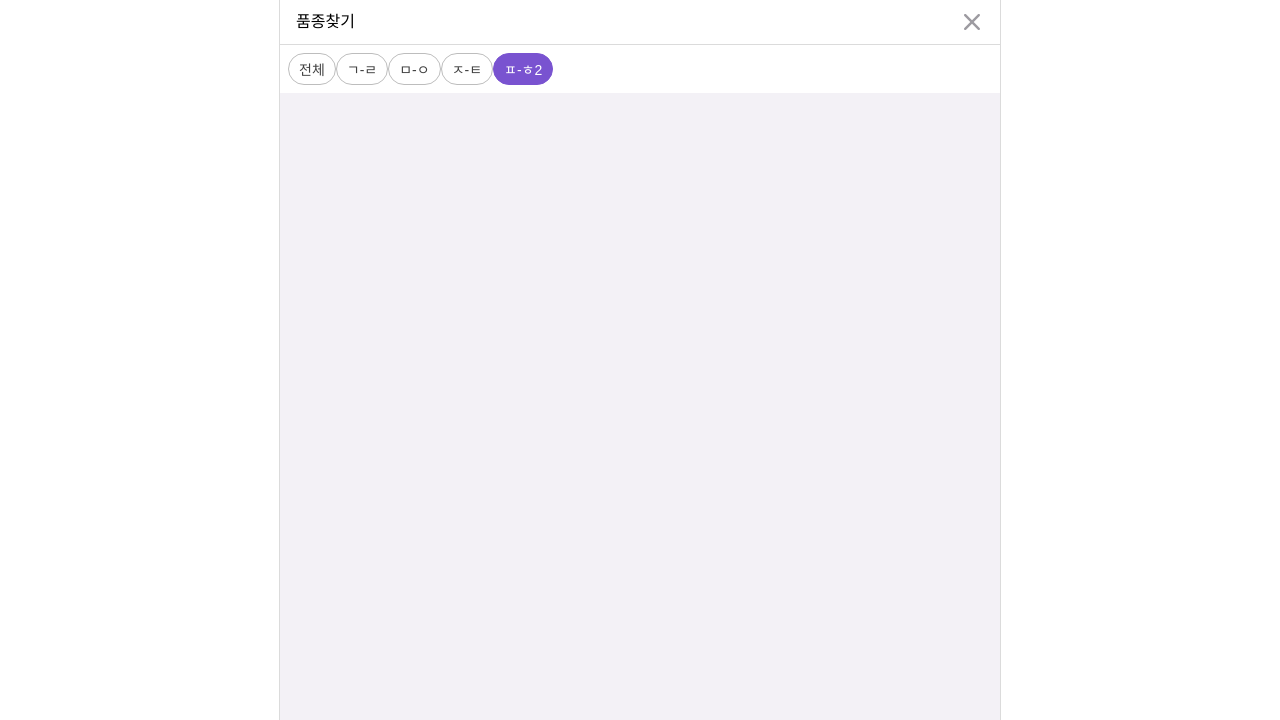
Repository: gosun1018/denguru
Page: search_breed.html
These files come from the project's save history. The page is drawn as it stood at one moment and after the next save; the edit follows.
The browser window is 1280 px wide. The pictures show the whole page.
Some web fonts or font styles are not loaded; a fallback is used. The style sheet was rebuilt from its Sass, Less or Tailwind sources for each picture, by a compiler version that may differ from the author's.

Above is the page before, as saved 2020-04-03 17:58:27.

### search_breed.html
<!DOCTYPE html>
<html lang="ko">
<head>
    <meta charset="UTF-8">
    <meta name="viewport" content="width=device-width, initial-scale=1.0">
    <title>품종찾기</title>
    <link rel="stylesheet" href="https://unpkg.com/swiper/css/swiper.min.css">
    <link rel="stylesheet" href="css/main.css">
    <script src="https://unpkg.com/swiper/js/swiper.min.js"></script>
<body>
    <div class="wrap">
        <header class="header08">
            <h1 class="h_title">품종찾기</h1>
            <a href="javascript:document.referrer? history.back() : location.href = 'home_resister_pet.html'" class="h_btn_close"><img src="images/icon-close-page.svg" alt="닫기" class="icon"></a>
        </header>

        <div class="main">
            <div class="pd_header08"></div>
            <section class="sect03 sect_filter_cate swiper-container">
                <h2 class="blind">필터설정</h2>
                <ul class="btn_box swiper-wrapper">
                    <li class="filter_btn swiper-slide">
                        <button type="button" class="btn_filter_popup btn btn_normal_line btn_mid btn_mid_round" aria-controls="tab-panel01">전체</button>
                    </li>
                    <!-- <li class="filter_btn swiper-slide">
                        <button type="button" class="btn_filter_popup btn btn_main btn_mid btn_mid_round" aria-controls="tab-panel01">27,000 ~ 31,000</button>
                    </li> -->
                    <li class="filter_btn swiper-slide">
                        <button type="button" class="btn_filter_popup btn btn_normal_line btn_mid btn_mid_round" aria-controls="tab-panel02">ㄱ-ㄹ</button>
                    </li>
                    <li class="filter_btn swiper-slide">
                        <button type="button" class="btn_filter_popup btn btn_normal_line btn_mid btn_mid_round" aria-controls="tab-panel03">ㅁ-ㅇ</button>
                    </li>
                    <li class="filter_btn swiper-slide">
                        <button type="button" class="btn_filter_popup btn btn_normal_line btn_mid btn_mid_round" aria-controls="tab-panel04">ㅈ-ㅌ</button>
                    </li>
                    <li class="filter_btn swiper-slide">
                        <button type="button" class="btn_filter_popup btn btn_main btn_mid btn_mid_round" aria-controls="tab-panel04">ㅍ-ㅎ<span class="num">2</span></button>
                    </li>
                </ul>
            </section>
        </div>
    </div>
</body>
</html>

### css/scss/main.scss
@charset "utf-8";

//utils
@import "utils/variables";
@import "utils/mixins";
@import "utils/animations";

// base
@import "base/reset";
@import "base/layout";
@import "base/typography";

//modules
@import "modules/swipercustom";
@import "modules/form";
@import "modules/button";
@import "modules/popup";
@import "modules/popover";
@import "modules/toast";
@import "modules/pagination";

//component
@import "component/header";
@import "component/navigation";
@import "component/itemlist";
@import "component/reviewlist";
@import "component/taglist";
@import "component/postlist";
@import "component/postcontent";

//pages
@import "pages/mainpg";
@import "pages/search";
@import "pages/resister-pet";
@import "pages/review";
@import "pages/home-item-info";
@import "pages/gostore";
@import "pages/store";
@import "pages/password-mail-complete";
@import "pages/my-main";
@import "pages/my-notification";
@import "pages/members";
@import "pages/withdrawal";
@import "pages/order-history";
@import "pages/mycomplain";
@import "pages/category-special";
@import "pages/pick";
@import "pages/personal-info";

### css/scss/utils/_variables.scss
@import url(https://cdn.jsdelivr.net/gh/moonspam/NanumSquare@1.0/nanumsquare.css);

//base color
$main-color: #7953d0;//#5f4899;
$main-bold-color: #5b13d6;
$secondary-color: #ffb025;
$accent-color: #ff4d7e;//#d72d5c;
$primary-color: #0095c6;
$bg-gray-color: #f3f1f6;

//gray-scale
$gray-0: #fff;
$gray-1: #f5f5f5;
$gray-2: #dbdbdb;
$gray-3: #bdbdbd;
$gray-4: #9e9e9e;
$gray-5: #747474;
$gray-6: #616161;
$gray-7: #414141;
$gray-8: #141414;

//FONT

//font-color
$bold-font-color: $gray-8;
$base-font-color: $gray-7;
$light-font-color: $gray-6;
$x-light-font-color: $gray-5;
$main-font-color: $main-color;
$main-bold-font-color: $main-bold-color;
$accent-font-color: $accent-color;
$primary-font-color: $primary-color;

//font-family
$base-font-family: 'NanumSquare','Apple SD Gothic Neo','Malgun Gothic',arial,sans-serif;

//font-size
$base-font-size: 14px;
$xsmall-font-size: ceil($base-font-size * 0.71); //10px
$small-font-size: ceil($base-font-size * 0.85); //12px
$mid-font-size: ceil($base-font-size * 0.92); //13px
$large-font-size: ceil($base-font-size * 1.14); //16px

$title-font-size: ceil($base-font-size * 1.28); //18px

//line-height
$base-line-height: 1.4;
$narrow-line-height: 1.2;
$mid-line-height: 1.6;
$wide-line-height: 1.8;

//
$layout-base-padding: 16px;
$layout-small-padding: $layout-base-padding / 2;
$layout-large-padding: $layout-base-padding * 1.5;

// border
$base-border: 1px solid $gray-3;
$light-border: 1px solid $gray-2;
$x-light-border: 1px solid $gray-1;
$main-border: 1px solid $main-color;
$secondary-border: 1px solid $secondary-color;
$accent-border: 1px solid $accent-color;
$primary-border: 1px solid $primary-color;

//border-radius
$base-border-radius: 5px;
$large-border-radius: 10px;

// fixed component height
$gnb-bottom-height: $layout-base-padding * 3.5;
$nav-gostore-height: 48px;
$nav-edit-pick-height: $layout-base-padding * 3.5;

$header-height01: $layout-base-padding * 3.5;
$header-height02: $layout-base-padding * 3.5;
$header-height03: 45px;
$header-height04: 45px;
$header-height05: 45px;
$header-height06: $layout-base-padding * 3.5;
$header-height08: 45px;

### css/scss/utils/_mixins.scss
@mixin clearfix {
    &:after {
        content: '';
        display: block;
        clear: both;
    }
}

@mixin position-center($position) {
    position: $position;
    top: 50%;
    left: 50%;
    transform: translate(-50%, -50%);
}

@mixin one-line-ellipsis {
    white-space: nowrap;
    text-overflow: ellipsis;
    overflow: hidden;
}

@mixin multi-line-ellipsis ($line-height, $lines) {
    overflow: hidden;
    text-overflow: ellipsis;
    display: -webkit-box;
    -webkit-line-clamp: $lines;
    -webkit-box-orient: vertical;
    word-wrap: break-word;
    line-height: $line-height;
    height: $line-height * $lines * 1em;
}

@mixin circle ($box-size) {
    width: $box-size;
    height: $box-size;
    border-radius: $box-size / 2;
}

@mixin blind {
    position: absolute;
    overflow: hidden;
    clip: rect(0 0 0 0);
    margin: -1px;
    width: 1px;
    height: 1px;
}

@mixin layout-frame {
    width: 100%;
    max-width: 720px;
    min-width: 320px;
}

@mixin thumnail {
    position: relative;
    overflow: hidden;

    .img {
        position: absolute;
        top: 0;
        left: 0;
        width: 100%;
        height: 100%;
        object-fit: cover;
    }
}

@mixin thumnail-border($radius) {
    position: relative;

    &:after {
        content: '';
        position: absolute;
        top: 0;
        left: 0;
        width: 100%;
        height: 100%;
        box-sizing: border-box;
        border: 1px solid rgba($gray-2, 0.5);
        border-radius: $radius;
    }
}

@mixin btn-color-full($color) {
    background-color: $color;
    border: 1px solid $color;
}

### css/scss/utils/_animations.scss
@keyframes width-0-to-100 {
    from {
        width: 0;
    }

    to {
        width: 100%;
    }
}

### css/scss/base/_reset.scss
/* http://meyerweb.com/eric/tools/css/reset/
   v2.0 | 20110126
   License: none (public domain)
*/

html, body, div, span, applet, object, iframe, h1, h2, h3, h4, h5, h6, p, blockquote, pre, a, abbr, acronym, address, big, cite, code, del, dfn, em, img, ins, kbd, q, s, samp, small, strike, strong, sub, sup, tt, var, b, u, i, center, dl, dt, dd, ol, ul, li, fieldset, form, label, legend, table, caption, tbody, tfoot, thead, tr, th, td, article, aside, canvas, details, embed, figure, figcaption, footer, header, hgroup, menu, nav, output, ruby, section, summary, time, mark, audio, video {
    margin: 0;
    padding: 0;
    border: 0;
    font-size: 100%;
    font: inherit;
    vertical-align: baseline; }

  /* HTML5 display-role reset for older browsers */

  article, aside, details, figcaption, figure, footer, header, hgroup, menu, nav, section {
    display: block; }

  body {
    line-height: 1; }

  ol, ul {
    list-style: none; }

  blockquote, q {
    quotes: none; }

  blockquote {
    &:before, &:after {
      content: '';
      content: none; } }

  q {
    &:before, &:after {
      content: '';
      content: none; } }

  table {
    border-collapse: collapse;
    border-spacing: 0; }

  a {
    color: inherit;
    text-decoration: none;
  }
  :focus {
    outline-color: $main-color;
  }

### css/scss/modules/_swipercustom.scss
.swiper-pagination {

    .swiper-pagination-bullet {
        width: 8px;
        height: 8px;
    }
}
.swiper-container-horizontal>.swiper-pagination-bullets .swiper-pagination-bullet {
    margin: 0 $layout-small-padding;
}

.pagination_main {
    .swiper-pagination-bullet {
        background-color: #b8b3c3;
        opacity: 1;
    }
    .swiper-pagination-bullet-active {
        background-color: $main-color;
    }
}
.pagination_white {
    .swiper-pagination-bullet {
        background-color: #b8b3c3;
        opacity: 1;
    }
    .swiper-pagination-bullet-active {
        background-color: $gray-0;
    }
}
.swiper-pagination {font-size: 0;}

.items_wrap.swiper-container {
    padding: 0 $layout-base-padding 10px;
}

### css/scss/modules/_popover.scss
.popover_container {
    position: relative;
}
.popover {
    display: none;
    position: absolute;
    padding: 8px;
    border-radius: $base-border-radius;
    word-break: keep-all;
    font-size: $base-font-size;
    line-height: $base-line-height;
    box-shadow: 0 1px 4px rgba(0,0,0,0.15);

    &:before {
        content: '';
        position: absolute;
        display: block;
        width: 12px;
        height: 12px;
        // border: 5px solid transparent;
        background-repeat: no-repeat;
        background-size: contain;
        background-position: center bottom;
    }
    &.show {
        display: block;
    }
}
.popover_main {
    background-color: #ebe3ff;
    color: $base-font-color;
    border: 1px solid #cac2de;

    &.popover_right_top:before {
        background-image: url(/images/popover-triangle-main.png);
    }
}
.popover_right_top{
    top: calc(100% + 6px);
    right: -5px;

    &:before {
        top: -12px;
        right: 5px;
    }
}

### css/scss/modules/_toast.scss
.toast_box {
    position: fixed;
    bottom: $gnb-bottom-height;
    left: $layout-base-padding;
    right: $layout-base-padding;
    display: flex;
    justify-content: center;
    align-items: center;
    padding: $layout-small-padding;
    min-height: 48px;
    box-sizing: border-box;
    background-color: rgba(0,0,0,0.85);
    color: #fff;
    font-size: $base-font-size;
    line-height: $base-line-height;
    text-align: center;
    word-break: keep-all;
    border-radius: $large-border-radius;
    overflow: hidden;
    visibility: hidden;
    opacity: 0;
    transition: opacity .5s, visibility .5s, transform .5s;
    z-index: 900;

    &.show {
        opacity: 1;
        visibility: visible;
        transform: translate(0, $layout-small-padding*-1);
    }
}

### css/scss/modules/_pagination.scss
.pagination01 {
    display: flex;
    justify-content: center;

    .page {
        height: 24px;
        min-width: 24px;
        padding: 0 3px;
        box-sizing: border-box;
        border-radius: 12px;
        margin: 0 4px;
        text-align: center;
        font-size: $base-font-size;
        line-height: 24px;
        color: $light-font-color;

        &.active {
            background-color: $main-color;
            color: $gray-0;
            font-weight: 900;
        }
        &.disabled {
            opacity: .5;
        }
    }
    .page_link {
        display: block;
        width: 100%;
        height: 100%;

        .icon {
            padding-top: 3px;
            // height: 100%;
            object-fit: contain;
        }
    }
}

### css/scss/component/_taglist.scss
.tag_list01 {

    .tag_item {
        width: fit-content;
        float: left;

        .btn {
            margin: 0 4px;
        }
        &:first-child .btn {
            margin-left: $layout-base-padding;
        }
        &:last-child .btn {
            margin-right: $layout-base-padding;
        }

        &.active .btn {
            font-weight: bold;
            background-color: $secondary-color;
            border-color: $secondary-color;
        }
    }
}

### css/scss/component/_postlist.scss
.post_list_wrap {
    flex: 1;
    padding: $layout-small-padding 0 $layout-base-padding;
    background-color: $gray-0;

    .pagination01 {
        margin-top: $layout-base-padding * 2;
    }
}

.post_list01 {
    padding: 0 $layout-base-padding;

    .post_item {
        padding: $layout-base-padding 0;
        border-bottom: $light-border;
    }
    .post_date {
        margin-bottom: $layout-small-padding;
        font-size: $small-font-size;
        color: $light-font-color;
    }
    .post_title {
        font-size: $base-font-size;
        color: $bold-font-color;
        @include multi-line-ellipsis($base-line-height,2);
        height: auto;
        max-height: $base-line-height * 2em;

        .icon_new {
            height: 1em;
            vertical-align: middle;
        }
    }
}

### css/scss/pages/_gostore.scss
.h_load_bar_box {
    display: none;
    width: 100%;
    height: 4px;
    background-color: $bg-gray-color;
    overflow: hidden;

    &.show {
        display: block;
    }

    .h_load_bar {
        width: 0;
        height: 100%;
        background-color: $main-color;
        border-radius: 0 2px 2px 0;
        animation: ease-in-out 5s forwards width-0-to-100;
    }
}

.load_gostore_container {
    display: none;
    flex: 1;
    box-sizing: border-box;
    flex-direction: column;
    background-color: $gray-0;

    &.show {
        display: flex;
    }

    .load_img_container {
        display: flex;
        flex: 7;
        justify-content: center;
        align-items: center;
    }
    .load_img_box {
        width: 140px;
        margin: 0 auto 22px;
    }
    .load_txt_box {
        text-align: center;

        .txt01 {
            font-size: 20px;
            color: $base-font-color;
            font-weight: 900;
        }
        .txt02 {
            margin-top: $layout-small-padding;
            font-size: $large-font-size;
            color: $base-font-color;
        }
        .emph {
            color: $main-font-color;
        }
    }
    .load_notice_container {
        display: flex;
        justify-content: center;
        align-items: center;
        flex: 3;
        background-color: $gray-1;
        text-align: center;
        font-size: $small-font-size;
        line-height: $base-line-height;
        color: $light-font-color;
    }
}
.page_store {
    display: none;
    flex: 1;
    overflow-y: auto;
    overflow-x: hidden;

    &.show {
        display: block;
    }
}

### css/scss/pages/_password-mail-complete.scss
.mail_complete_container {
    height: 100vh;
    display: flex;
    flex-direction: column;
    justify-content: center;
    align-items: center;
    background-color: $gray-0;

    .img_motion_box {
        width: 140px;
        margin: 0 auto;

        .img {
            width: 100%;
        }
    }
    .mail_complete_txt01 {
        margin-top: $layout-large-padding;
        text-align: center;
        font-size: 20px;
        line-height: $narrow-line-height;
        font-weight: 900;

        .emph {
            color: #8054ea;
        }
    }
    .mail_complete_txt02 {
        margin-top: 12px;
        text-align: center;
        font-size: $base-font-size;
        line-height: $base-line-height;
        color: $base-font-color;
    }
    .btn_box {
        margin-top: 60px;
        justify-content: center;
    }
    .btn_mail_success {
        width: 90px;
        height: 40px;
        font-size: $large-font-size;
        line-height: 40px;
    }
}

### css/scss/pages/_my-notification.scss
.notification_list_container {
    background-color: $gray-0;

    .notification_box {
        position: relative;
        padding: $layout-large-padding $layout-base-padding;

        &:not(:first-child):before {
            content: '';
            display: block;
            position: absolute;
            top: 0;
            left: $layout-base-padding;
            right: $layout-base-padding;
            height: 1px;
            background-color: $gray-1;
        }
    }
    .notification_new {
        background-color: $bg-gray-color;
    }
    .notification_link {
        display: flex;
    }
    .icon_box {
        flex-shrink: 0;
        width: 24px;
        height: 24px;
        margin-right: $layout-base-padding;
    }
    .notification_content {
        flex: 1;
    }
    .notification_title {
        font-size: $base-font-size;
        color: $bold-font-color;
        line-height: $base-line-height;
    }
    .notification_date {
        margin-top: 4px;
        font-size: $small-font-size;
        color: $light-font-color;
    }
    .notification_img {
        margin-top: $layout-base-padding;
    }
}

### css/scss/pages/_withdrawal.scss
.withdrawal_title_container {
    padding: $layout-base-padding*2 $layout-base-padding;
    background-color: $gray-0;

    .img_box {
        height: 64px;

        .img {
            height: 100%;
            object-fit: contain;
        }
    }
    .withdrawal_title {
        margin-top: $layout-base-padding;
        font-size: $title-font-size;
        font-weight: bold;
        color: $bold-font-color;
    }
}
.withdrawal_info_container {
    padding: $layout-large-padding 0;

    .withdrawal_item_num {
        font-weight: bold;
        color: $main-font-color;
    }
    .title07 {
        margin: 0 $layout-base-padding;
    }
}
.withdrawal_item_box {
    margin-bottom: $layout-large-padding;

    .withdrawal_item_list_container {
        margin-top: $layout-small-padding;
    }
    .thumb_box {
        width: 56px;
        height: 56px;
        overflow: hidden;
        border-radius: $base-border-radius;
        @include thumnail;
    }
    .withdrawal_item_bnr {
        margin: $layout-base-padding $layout-base-padding 0;
    }
}
.withdrawal_notice_box {
    padding: 0 $layout-base-padding;

    .withdrawal_notice {
        margin-top: $layout-small-padding;
        font-size: $small-font-size;
        color: $base-font-color;
        line-height: $base-line-height;
    }
}
.withdrawal_btn_container {
    flex: 1;
    padding: $layout-large-padding $layout-base-padding;
    background-color: $gray-0;

    .btn_box {
        margin-top: $layout-large-padding;
    }
}

### css/scss/pages/_category-special.scss
.category_wrap {
    background-color: $gray-0;

    .title08 {
        padding: $layout-large-padding $layout-base-padding 0;
    }
}

.special_wrap {
    margin-top: $layout-small-padding;
    padding-bottom: $layout-large-padding;
    flex: 1;
    background-color: $gray-0;

    .title08 {
        padding: $layout-large-padding $layout-base-padding 0;
    }
    .store_list_hash {
        padding-bottom: 0;
    }
    .banner_list {
        padding: 0 $layout-base-padding;
    }
    .banner_box{
        border-radius: $base-border-radius;
        overflow: hidden;

        &:not(:last-child) {
            margin-bottom: $layout-base-padding;
        }
    }
}
.special_item_list_container {

    .title09 {
        padding: 0 $layout-base-padding;
        margin-bottom: $layout-base-padding;
    }
}
.event_post_content_wrap {
    padding-top: $layout-large-padding;
    background-color: $gray-0;

    .title06 {
        margin: 0 $layout-base-padding $layout-base-padding;
    }
}

### css/scss/pages/_pick.scss
.pick_title_box {
    display: flex;
    align-items: center;
    padding: $layout-large-padding $layout-base-padding;
    background-color: $gray-0;

    .pick_title_btn_box {
        font-size: 0;
    }
    .btn_pick {
        display: inline-block;
        width: 20px;
        height: 20px;
        margin-left: $layout-base-padding;
        font-size: 10px;

    }
}
.pick_items_wrap {
    flex: 1;
    background-color: $gray-0;

    .title07 {
        margin: 0 $layout-base-padding $layout-base-padding;
    }
    .emph_color_main {
        font-size: $mid-font-size;
        font-weight: bold;
    }
    .items_wrap {
        padding-bottom: $layout-large-padding;
    }
    .item_box {
        position: relative;
    }
    .store_box {
        .pick_num_item {
            flex-shrink: 0;
            min-width: 38px;
            margin-left: $layout-small-padding;
            font-size: $base-font-size;
            color: $main-font-color;
            text-align: right;
        }
        .icon {
            height: 20px;
            vertical-align: middle;
        }
    }
}
.pick_inp_check_box {
    position: absolute;
    top: 0;
    left: 0;
    width: 100%;
    height: 100%;
    border-radius: $base-border-radius;
    overflow: hidden;

    .lab_check {
        display: block;
        width: 100%;
        height: 100%;

        &:before {
            content: '';
            display: block;
            width: 20px;
            height: 20px;
            box-sizing: border-box;
            border: 1px solid #fff;
            border-radius: 10px;
            position: absolute;
            top: 4px;
            left: 4px;
            background-image: url(/images/icon-checkbox-circle.svg);
            background-repeat: no-repeat;
            background-size: contain;
        }
    }
    .inp_check:checked + .lab_check {
        background-color: rgba($main-color,0.2);

        &:before {
            background-image: url(/images/icon-checkbox-circle-checked.svg);
        }
    }
}

### css/scss/pages/_personal-info.scss
.recommand_password_container {
    flex: 1;
    display: flex;
    flex-direction: column;
    justify-content: center;
    // align-items: center;
    background-color: $gray-0;
    padding: 48px 0;
}
.recommand_password_title_box {
    margin-bottom: $layout-large-padding;
    font-size: $title-font-size;
    font-weight: bold;
    color: $bold-font-color;
    line-height: $narrow-line-height;
}
.recommand_password_img_box {
    margin: 0 auto $layout-base-padding;
    height: 96px;
    text-align: center;

    .img {
        height: 100%;
    }
}
.recommand_password_txt_box {
    padding: 0 $layout-base-padding;
    margin-bottom: $layout-large-padding;
    font-size: $base-font-size;
    color: $base-font-color;
    line-height: $base-line-height;
}
.change_password_form_container {
    padding: 0 $layout-base-padding*2;

    .btn {
        font-size: $base-font-size;
        height: 40px;
        line-height: 38px;
    }
    .inp_box04 {
        margin-bottom: $layout-base-padding;
    }
    .inp_txt::placeholder {
        font-size: 12px;
    }
    @media screen and (max-width: 359px) {
        padding: 0 $layout-base-padding;
    }
}

Loaded but not shown: css/scss/component/_reviewlist.scss (493 lines, source omitted); css/scss/modules/_form.scss (447 lines, source omitted); css/scss/pages/_search.scss (451 lines, source omitted); css/scss/component/_header.scss (459 lines, source omitted); css/scss/pages/_review.scss (399 lines, source omitted); css/scss/component/_itemlist.scss (324 lines, source omitted); css/scss/pages/_my-main.scss (264 lines, source omitted); css/scss/pages/_store.scss (238 lines, source omitted); css/scss/modules/_popup.scss (241 lines, source omitted); css/scss/pages/_home-item-info.scss (180 lines, source omitted); css/scss/pages/_order-history.scss (188 lines, source omitted); css/scss/component/_navigation.scss (177 lines, source omitted); css/scss/pages/_members.scss (167 lines, source omitted); css/scss/modules/_button.scss (181 lines, source omitted); css/scss/component/_postcontent.scss (143 lines, source omitted); css/scss/pages/_mycomplain.scss (126 lines, source omitted); css/scss/pages/_mainpg.scss (130 lines, source omitted); css/scss/pages/_resister-pet.scss (116 lines, source omitted); css/scss/base/_typography.scss (112 lines, source omitted); css/scss/base/_layout.scss (118 lines, source omitted)

After the next save:
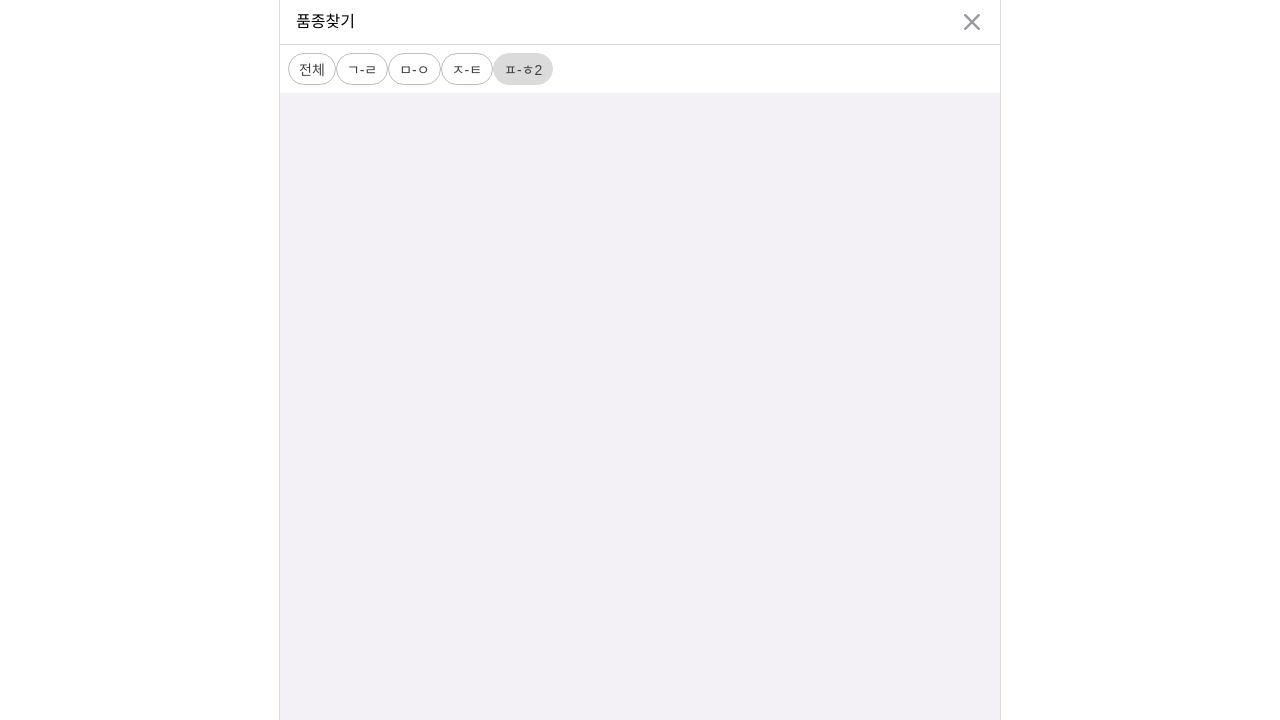
Saved 17 s later.
--- a/search_breed.html
+++ b/search_breed.html
@@ -35,7 +35,7 @@
                         <button type="button" class="btn_filter_popup btn btn_normal_line btn_mid btn_mid_round" aria-controls="tab-panel04">ㅈ-ㅌ</button>
                     </li>
                     <li class="filter_btn swiper-slide">
-                        <button type="button" class="btn_filter_popup btn btn_main btn_mid btn_mid_round" aria-controls="tab-panel04">ㅍ-ㅎ<span class="num">2</span></button>
+                        <button type="button" class="btn_filter_popup btn btn_normal btn_mid btn_mid_round" aria-controls="tab-panel04">ㅍ-ㅎ<span class="num">2</span></button>
                     </li>
                 </ul>
             </section>
